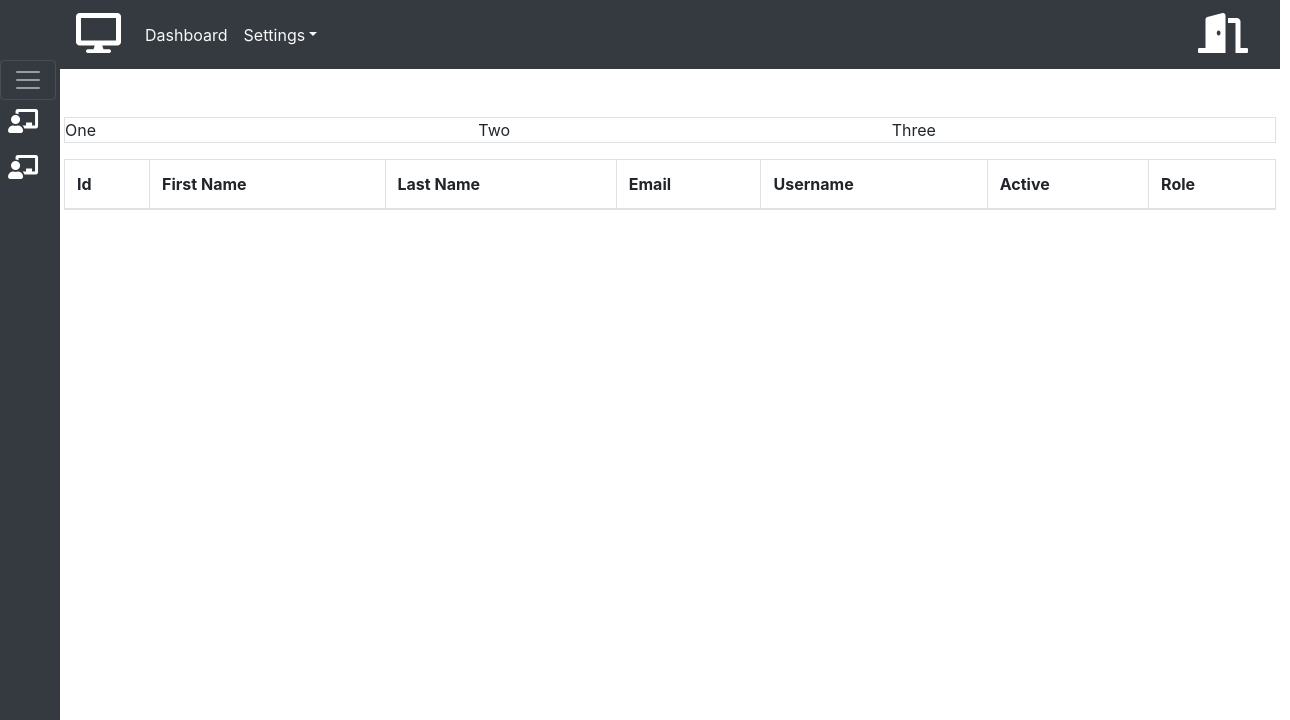
Repository: Pjosif/iDesk
Page: http://localhost/web/protected/userAdm.jsp
The author's editor kept a copy of each file at every save. The page is drawn from the files as they stood at one save, then again after the next save.
The browser window is 1280 px wide. The page is 1290 px wide, so the pictures cover 1290 px, including what lies to the right of the window. The pictures show the whole page.
Some web libraries are served in a nearby version. The page is served by Tomcat 9. Nobody is signed in. The application's start-up code is not run. The template is opened directly, without the code that normally fills it, so the values that code supplies are empty.

Above is the page before, as saved 2018-08-01 12:18:39.

After the next save:
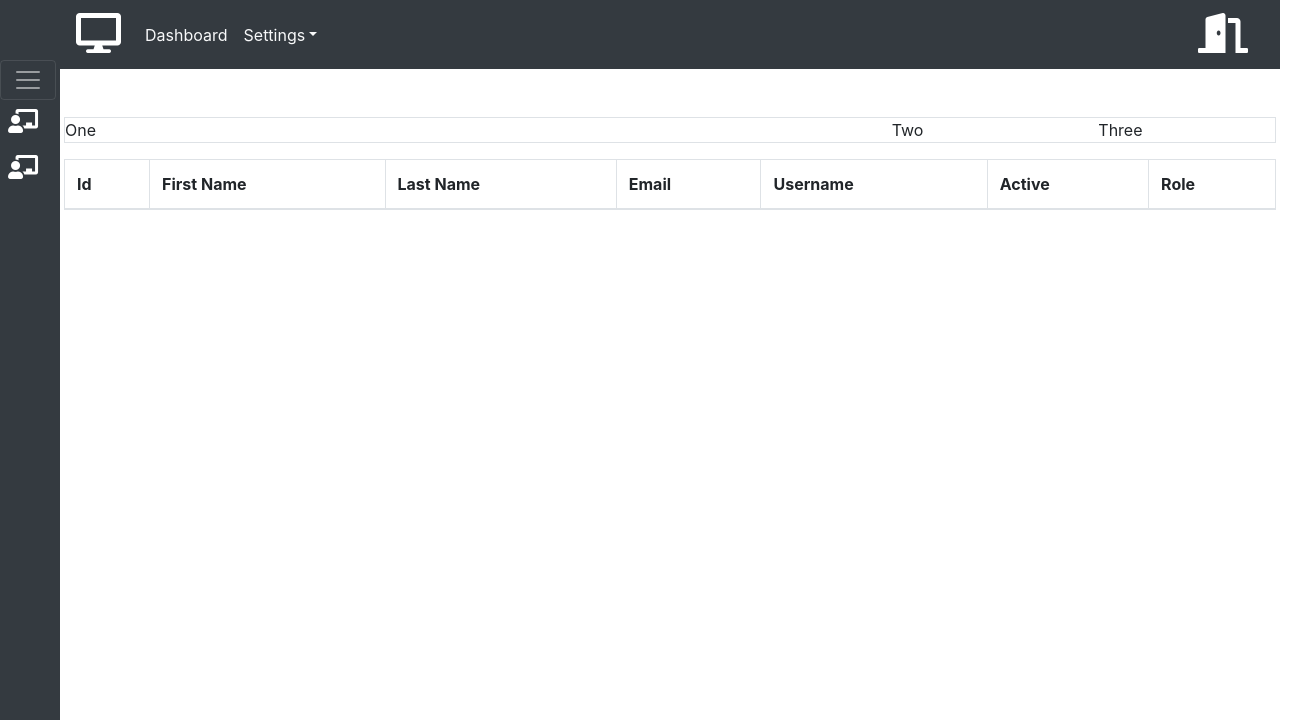
Saved 2 min 13 s later.
--- a/main/web/src/main/webapp/protected/userAdm.jsp
+++ b/main/web/src/main/webapp/protected/userAdm.jsp
@@ -17,9 +17,9 @@
 		<jsp:include page="../master/header.jsp" />
 		<div class="border mt-5 mx-1">
 			<div class="row">
-				<div class="col-sm">One</div>
-				<div class="col-sm">Two</div>
-				<div class="col-sm">Three</div>
+				<div class="col-sm-8">One</div>
+				<div class="col-sm-2">Two</div>
+				<div class="col-sm-2">Three</div>
 			</div>
 		</div>
 
